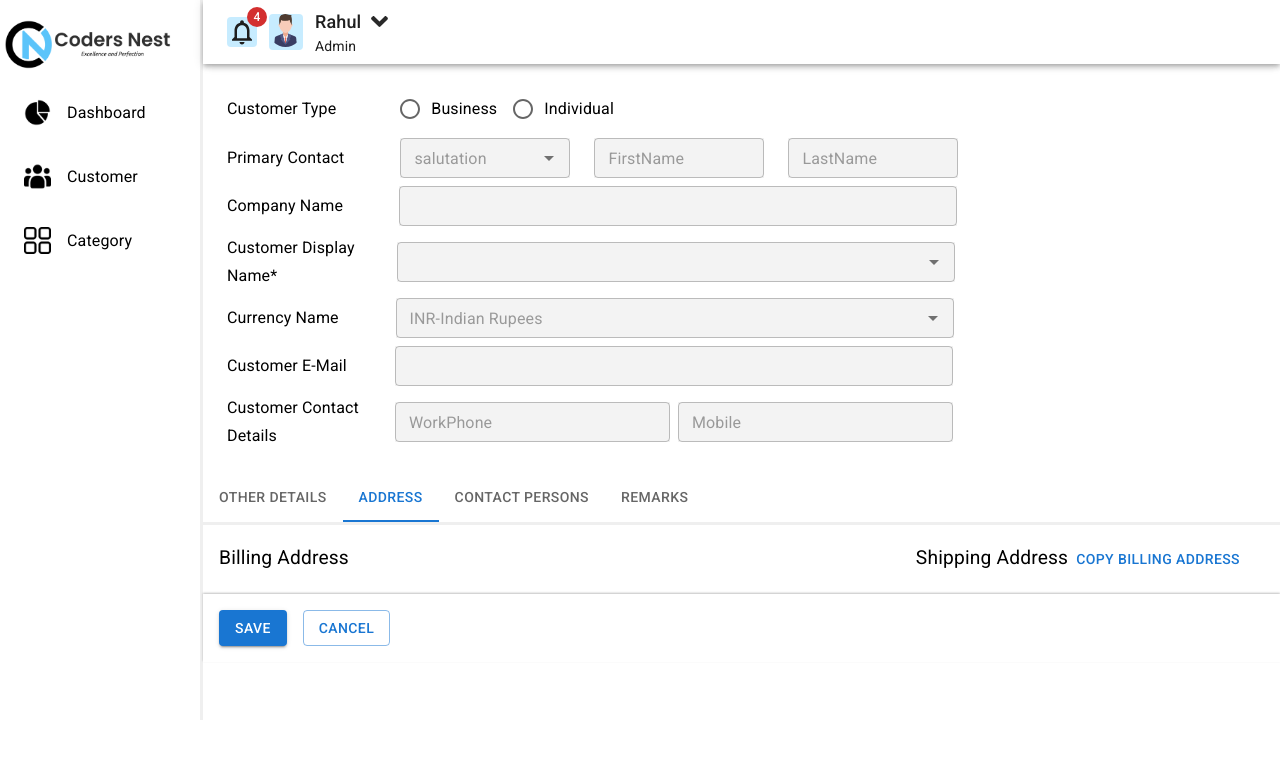
Repository: wajahadalishaik04/CN_Books
Page: /newcustomer, after clicking the first element matching `div.MuiTabs-list > :nth-child(2)`
An editor plug-in stored every save of this project. The page is shown before and after the next save, followed by the edit.
The browser window is 1280 px wide. The pictures show the whole page.
The project was rebuilt for these pictures with package versions that can differ from the ones it lists, and the page was loaded fresh each time. Also part of the build but not shown: vite.config.js, src/pages/LoginScreen.jsx, src/pages/Signin.jsx, src/pages/OtpScreen.jsx, src/pages/SignUp.jsx, src/pages/VerifyScreen.jsx, src/components/Content.jsx, src/pages/DashboardScreen.jsx and 4 more.

Above is the page before, as saved 2024-09-18 01:01:13.

After the next save:
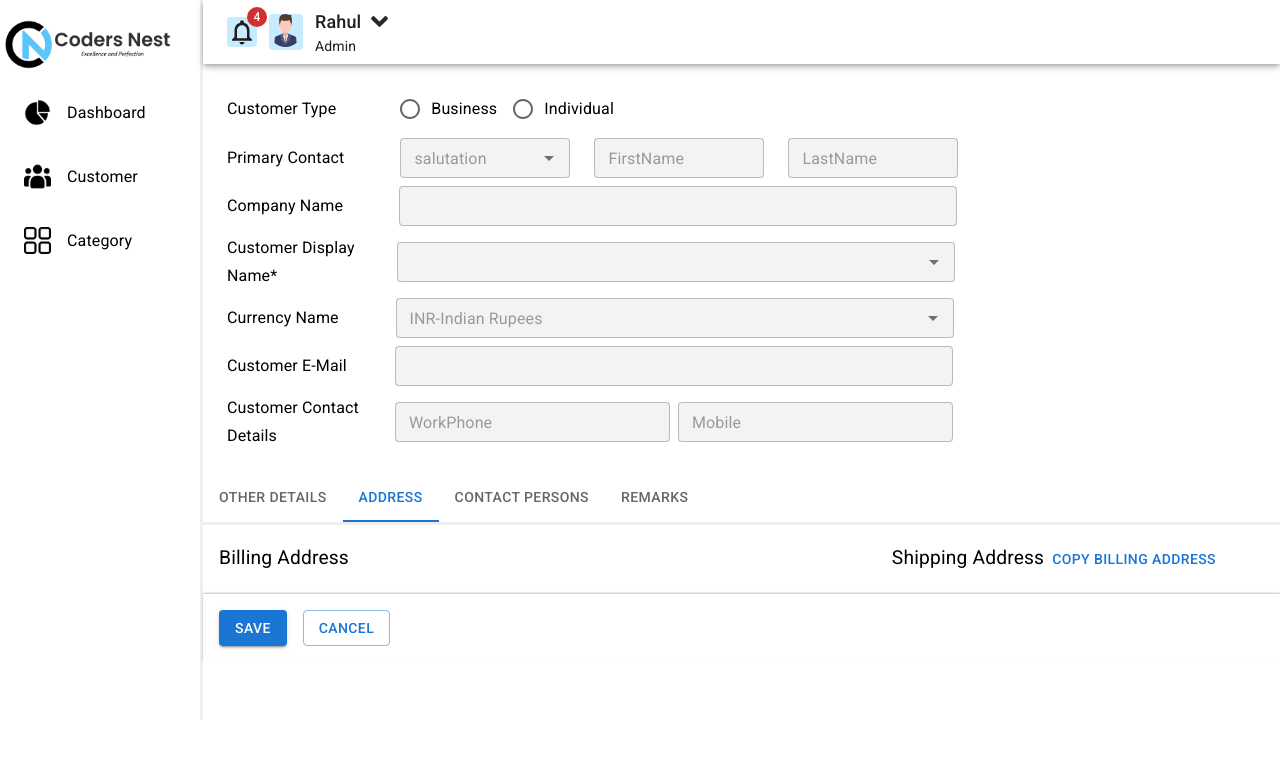
Saved 13 s later.
--- a/src/pages/customerscreens/NewCustomer.jsx
+++ b/src/pages/customerscreens/NewCustomer.jsx
@@ -561,7 +561,7 @@ const NewCustomer = () => {
            {/* Billing & shipping Address */}
            <Box sx={{display:"flex",justifyContent:"space-between"}}>
             <Typography variant="subtitle1"fontSize={"1.2rem"}>Billing Address</Typography>
-            <Box sx={{display:"flex",paddingRight:2}}>
+            <Box sx={{display:"flex",paddingRight:5}}>
             <Typography variant="subtitle1"fontSize={"1.2rem"}>Shipping Address</Typography>
             <Button variant="text">Copy billing Address </Button>
             </Box>
